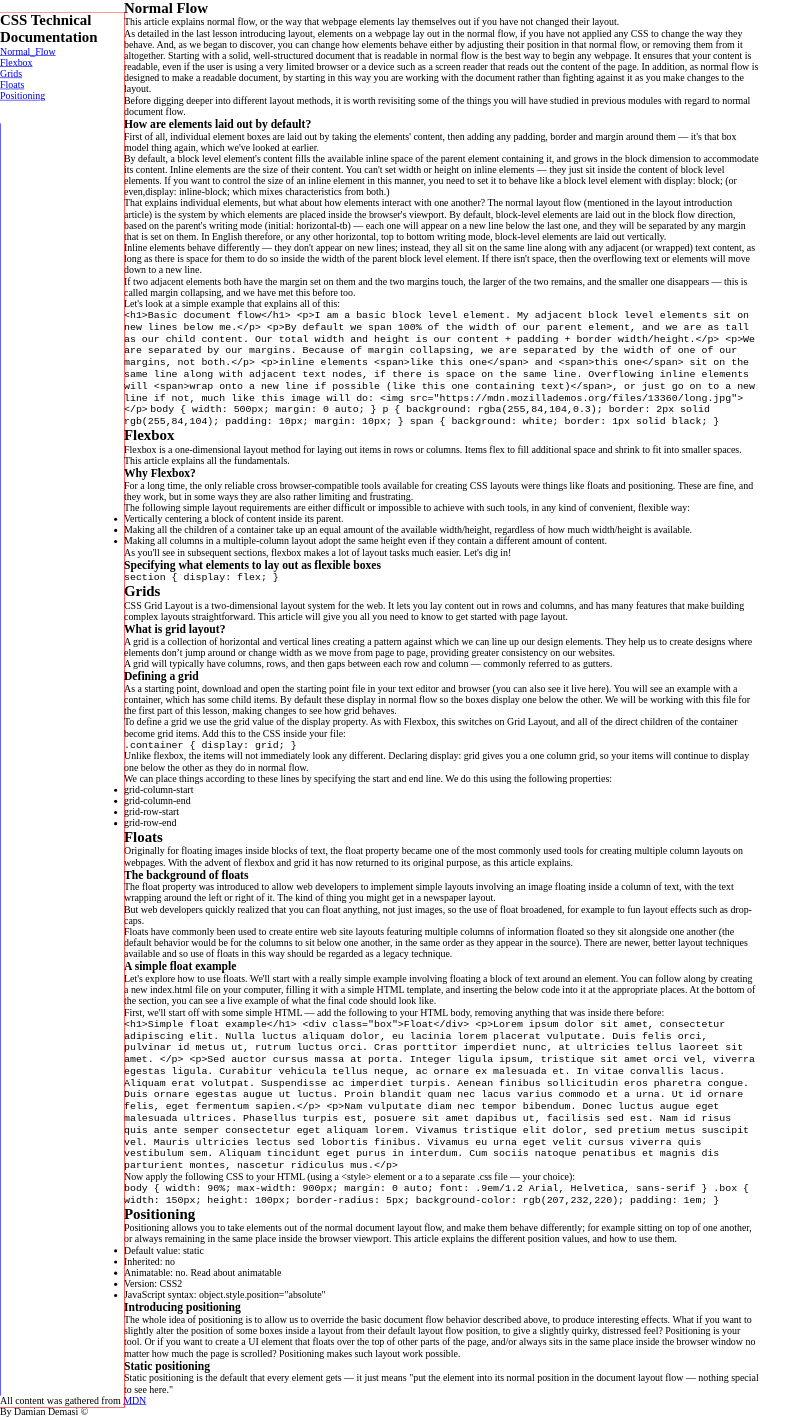
Repository: Colo-Codes/freecodecamp-04-Technical-Documentation-Page
Page: index.html
The author's editor kept a copy of each file at every save. The page is drawn from the files as they stood at one save, then again after the next save.
The browser window is 1280 px wide. The pictures show the whole page, at 62% of full size.

Above is the page before, as saved 2021-05-21 11:40:16.

### index.html
<!DOCTYPE html>
<html lang="en">

<head>
    <meta charset="UTF-8">
    <meta http-equiv="X-UA-Compatible" content="IE=edge">
    <meta name="viewport" content="width=device-width, initial-scale=1.0">
    <link rel="stylesheet" href="./resources/css/index.css" type="text/css">
    <title>Technical Documentation Page</title>
</head>

<body>
    <div id="navbar-margin"></div>
    <header id="navbar-block">
        <nav id="navbar">
            <!-- On the left of screen, fixed (visible) -->
            <header>
                <h1>CSS Technical Documentation</h1>
            </header>
            <ul>
                <li><a href="#Normal_Flow" class="nav-link">Normal_Flow</a></li>
                <li><a href="#Flexbox" class="nav-link">Flexbox</a></li>
                <li><a href="#Grids" class="nav-link">Grids</a></li>
                <li><a href="#Floats" class="nav-link">Floats</a></li>
                <li><a href="#Positioning" class="nav-link">Positioning</a></li>
            </ul>
        </nav>
    </header>
    <main id="main-doc">
        <section class="main-section" id="Normal_Flow">
            <header>
                <h2>Normal Flow</h2>
            </header>
            <p>This article explains normal flow, or the way that webpage elements lay themselves out if you have not
                changed their
                layout.</p>
            <p>As detailed in the last lesson introducing layout, elements on a webpage lay out in the normal flow, if
                you have not
                applied any CSS to change the way they behave. And, as we began to discover, you can change how elements
                behave
                either by adjusting their position in that normal flow, or removing them from it altogether. Starting
                with a solid,
                well-structured document that is readable in normal flow is the best way to begin any webpage. It
                ensures that your
                content is readable, even if the user is using a very limited browser or a device such as a screen
                reader that reads
                out the content of the page. In addition, as normal flow is designed to make a readable document, by
                starting in
                this way you are working with the document rather than fighting against it as you make changes to the
                layout.</p>
            <p>Before digging deeper into different layout methods, it is worth revisiting some of the things you will
                have studied
                in previous modules with regard to normal document flow.</p>
            <h3>How are elements laid out by default?</h3>
            <p>First of all, individual element boxes are laid out by taking the elements' content, then adding any
                padding, border
                and margin around them — it's that box model thing again, which we've looked at earlier.
            </p>
            <p>By default, a block level element's content fills the available inline space of the parent element
                containing it,
                and grows in the block dimension to accommodate its content. Inline elements are the size of their
                content. You
                can't set width or height on inline elements — they just sit inside the content of block level elements.
                If you want
                to control the size of an inline element in this manner, you need to set it to behave like a block level
                element
                with display: block; (or even,display: inline-block; which mixes characteristics from both.)
            </p>
            <p>That explains individual elements, but what about how elements interact with one another? The normal
                layout flow
                (mentioned in the layout introduction article) is the system by which elements are placed inside the
                browser's
                viewport. By default, block-level elements are laid out in the block flow direction, based on the
                parent's writing
                mode (initial: horizontal-tb) — each one will appear on a new line below the last one, and they will be
                separated by
                any margin that is set on them. In English therefore, or any other horizontal, top to bottom writing
                mode,
                block-level elements are laid out vertically.
            </p>
            <p>Inline elements behave differently — they don't appear on new lines; instead, they all sit on the same
                line along
                with any adjacent (or wrapped) text content, as long as there is space for them to do so inside the
                width of the
                parent block level element. If there isn't space, then the overflowing text or elements will move down
                to a new
                line.
            </p>
            <p>If two adjacent elements both have the margin set on them and the two margins touch, the larger of the
                two remains,
                and the smaller one disappears — this is called margin collapsing, and we have met this before too.</p>
            <p>Let's look at a simple example that explains all of this:</p>
            <code>&lt;h1&gt;Basic document flow&lt;/h1&gt;

                &lt;p&gt;I am a basic block level element. My adjacent block level elements sit on new lines below me.&lt;/p&gt;

                &lt;p&gt;By default we span 100% of the width of our parent element, and we are as tall as our child content. Our total width and height is our content + padding + border width/height.&lt;/p&gt;

                &lt;p&gt;We are separated by our margins. Because of margin collapsing, we are separated by the width of one of our margins, not both.&lt;/p&gt;

                &lt;p&gt;inline elements &lt;span&gt;like this one&lt;/span&gt; and &lt;span&gt;this one&lt;/span&gt; sit on the same line along with adjacent text nodes, if there is space on the same line. Overflowing inline elements will &lt;span&gt;wrap onto a new line if possible (like this one containing text)&lt;/span&gt;, or just go on to a new line if not, much like this image will do: &lt;img src="https://mdn.mozillademos.org/files/13360/long.jpg"&gt;&lt;/p&gt;</code>
            <code>body {
                width: 500px;
                margin: 0 auto;
              }

              p {
                background: rgba(255,84,104,0.3);
                border: 2px solid rgb(255,84,104);
                padding: 10px;
                margin: 10px;
              }

              span {
                background: white;
                border: 1px solid black;
              }</code>


        </section>

        <section class="main-section" id="Flexbox">
            <header>
                <h2>Flexbox</h2>
            </header>
            <p>Flexbox is a one-dimensional layout method for laying out items in rows or columns. Items flex to fill
                additional space and shrink to fit into smaller spaces. This article explains all the fundamentals.</p>
            <h3>Why Flexbox?</h3>
            <p>For a long time, the only reliable cross browser-compatible tools available for creating CSS layouts were
                things like floats and positioning. These are fine, and they work, but in some ways they are also rather
                limiting and frustrating.</p>
            <p>The following simple layout requirements are either difficult or impossible to achieve with such tools,
                in any kind of convenient, flexible way:</p>
            <ul>
                <li>Vertically centering a block of content inside its parent.</li>
                <li>Making all the children of a container take up an equal amount of the available width/height,
                    regardless of how much width/height is available.</li>
                <li>Making all columns in a multiple-column layout adopt the same height even if they contain a
                    different amount of content.</li>
            </ul>
            <p>As you'll see in subsequent sections, flexbox makes a lot of layout tasks much easier. Let's dig in!</p>
            <h3>Specifying what elements to lay out as flexible boxes</h3>
            <code>section {
                display: flex;
              }</code>


        </section>

        <section class="main-section" id="Grids">
            <header>
                <h2>Grids</h2>
            </header>
            <p>CSS Grid Layout is a two-dimensional layout system for the web. It lets you lay content out in rows and
                columns, and has many features that make building complex layouts straightforward. This article will
                give you all you need to know to get started with page layout.</p>
            <h3>What is grid layout?</h3>
            <p>A grid is a collection of horizontal and vertical lines creating a pattern against which we can line up
                our design elements. They help us to create designs where elements don’t jump around or change width as
                we move from page to page, providing greater consistency on our websites.</p>
            <p>A grid will typically have columns, rows, and then gaps between each row and column — commonly referred
                to as gutters.</p>
            <h3>Defining a grid</h3>
            <p>As a starting point, download and open the starting point file in your text editor and browser (you can
                also see it live here). You will see an example with a container, which has some child items. By default
                these display in normal flow so the boxes display one below the other. We will be working with this file
                for the first part of this lesson, making changes to see how grid behaves.</p>
            <p>To define a grid we use the grid value of the display property. As with Flexbox, this switches on Grid
                Layout, and all of the direct children of the container become grid items. Add this to the CSS inside
                your file:</p>
            <code>.container {
                display: grid;
            }</code>
            <p>Unlike flexbox, the items will not immediately look any different. Declaring display: grid gives you a
                one column grid, so your items will continue to display one below the other as they do in normal flow.
            </p>
            <p>We can place things according to these lines by specifying the start and end line. We do this using the
                following properties:</p>
            <ul>
                <li>grid-column-start</li>
                <li>grid-column-end</li>
                <li>grid-row-start</li>
                <li>grid-row-end</li>
            </ul>

        </section>

        <section class="main-section" id="Floats">
            <header>
                <h2>Floats</h2>
            </header>
            <p>Originally for floating images inside blocks of text, the float property became one of the most commonly
                used tools for creating multiple column layouts on webpages. With the advent of flexbox and grid it has
                now returned to its original purpose, as this article explains.</p>
            <h3>The background of floats</h3>
            <p>The float property was introduced to allow web developers to implement simple layouts involving an image
                floating inside a column of text, with the text wrapping around the left or right of it. The kind of
                thing you might get in a newspaper layout.</p>
            <p>But web developers quickly realized that you can float anything, not just images, so the use of float
                broadened, for example to fun layout effects such as drop-caps.</p>
            <p>Floats have commonly been used to create entire web site layouts featuring multiple columns of
                information floated so they sit alongside one another (the default behavior would be for the columns to
                sit below one another, in the same order as they appear in the source). There are newer, better layout
                techniques available and so use of floats in this way should be regarded as a legacy technique.</p>
            <h3>A simple float example</h3>
            <p>Let's explore how to use floats. We'll start with a really simple example involving floating a block of
                text around an element. You can follow along by creating a new index.html file on your computer, filling
                it with a simple HTML template, and inserting the below code into it at the appropriate places. At the
                bottom of the section, you can see a live example of what the final code should look like.</p>
            <p>First, we'll start off with some simple HTML — add the following to your HTML body, removing anything
                that was inside there before:</p>
            <code>&lt;h1&gt;Simple float example&lt;/h1&gt;

                &lt;div class="box"&gt;Float&lt;/div&gt;

                &lt;p&gt;Lorem ipsum dolor sit amet, consectetur adipiscing elit. Nulla luctus aliquam dolor, eu lacinia lorem placerat vulputate. Duis felis orci, pulvinar id metus ut, rutrum luctus orci. Cras porttitor imperdiet nunc, at ultricies tellus laoreet sit amet. &lt;/p&gt;

                &lt;p&gt;Sed auctor cursus massa at porta. Integer ligula ipsum, tristique sit amet orci vel, viverra egestas ligula. Curabitur vehicula tellus neque, ac ornare ex malesuada et. In vitae convallis lacus. Aliquam erat volutpat. Suspendisse ac imperdiet turpis. Aenean finibus sollicitudin eros pharetra congue. Duis ornare egestas augue ut luctus. Proin blandit quam nec lacus varius commodo et a urna. Ut id ornare felis, eget fermentum sapien.&lt;/p&gt;

                &lt;p&gt;Nam vulputate diam nec tempor bibendum. Donec luctus augue eget malesuada ultrices. Phasellus turpis est, posuere sit amet dapibus ut, facilisis sed est. Nam id risus quis ante semper consectetur eget aliquam lorem. Vivamus tristique elit dolor, sed pretium metus suscipit vel. Mauris ultricies lectus sed lobortis finibus. Vivamus eu urna eget velit cursus viverra quis vestibulum sem. Aliquam tincidunt eget purus in interdum. Cum sociis natoque penatibus et magnis dis parturient montes, nascetur ridiculus mus.&lt;/p&gt;
            </code>
            <p>Now apply the following CSS to your HTML (using a &lt;style&gt; element or a
                <link> to a separate .css file — your choice):
            </p>
            <code>
                body {
                    width: 90%;
                    max-width: 900px;
                    margin: 0 auto;
                    font: .9em/1.2 Arial, Helvetica, sans-serif
                  }

                  .box {
                    width: 150px;
                    height: 100px;
                    border-radius: 5px;
                    background-color: rgb(207,232,220);
                    padding: 1em;
                  }
                </code>

        </section>

        <section class="main-section" id="Positioning">
            <header>
                <h2>Positioning</h2>
            </header>
            <p>Positioning allows you to take elements out of the normal document layout flow, and make them behave
                differently; for example sitting on top of one another, or always remaining in the same place inside the
                browser viewport. This article explains the different position values, and how to use them.</p>
            <ul>
                <li>Default value: static</li>
                <li>Inherited: no</li>
                <li>Animatable: no. Read about animatable</li>
                <li>Version: CSS2</li>
                <li>JavaScript syntax: object.style.position="absolute"</li>
            </ul>
            <h3>Introducing positioning</h3>
            <p>The whole idea of positioning is to allow us to override the basic document flow behavior described
                above, to produce interesting effects. What if you want to slightly alter the position of some boxes
                inside a layout from their default layout flow position, to give a slightly quirky, distressed feel?
                Positioning is your tool. Or if you want to create a UI element that floats over the top of other parts
                of the page, and/or always sits in the same place inside the browser window no matter how much the page
                is scrolled? Positioning makes such layout work possible.</p>
            <h3>Static positioning</h3>
            <p>Static positioning is the default that every element gets — it just means "put the element into its
                normal position in the document layout flow — nothing special to see here."</p>
        </section>
    </main>
    <footer>
        <p>All content was gathered from <a href="https://developer.mozilla.org/en-US/docs/Learn/CSS/CSS_layout" target="_blank">MDN</a></p>
        By Damian Demasi &copy;
    </footer>
</body>

</html>

### resources/css/index.css
/* TODO - My Technical Documentation page should use at least one media query. */

/* Reset */
html {
    box-sizing: border-box;
    font-size: 16px;
}

*, *:before, *:after {
    box-sizing: inherit;
    margin: 0;
    padding: 0;
}

body {
    position: relative;
    display: flex;
    flex-flow: wrap;
}
#navbar-margin {
    margin-top: 200px;
    outline: 1px solid blue;

}
#navbar-block {
    position: sticky;
    top: 20px;
    outline: 1px solid red;
    width: 200px;
}

#Flexbox {
    position: sticky;
    top: 20px;

}

#Grids {
    position: sticky;
    top: 20px;
}

main {
    width: 80%;
}

After the next save:
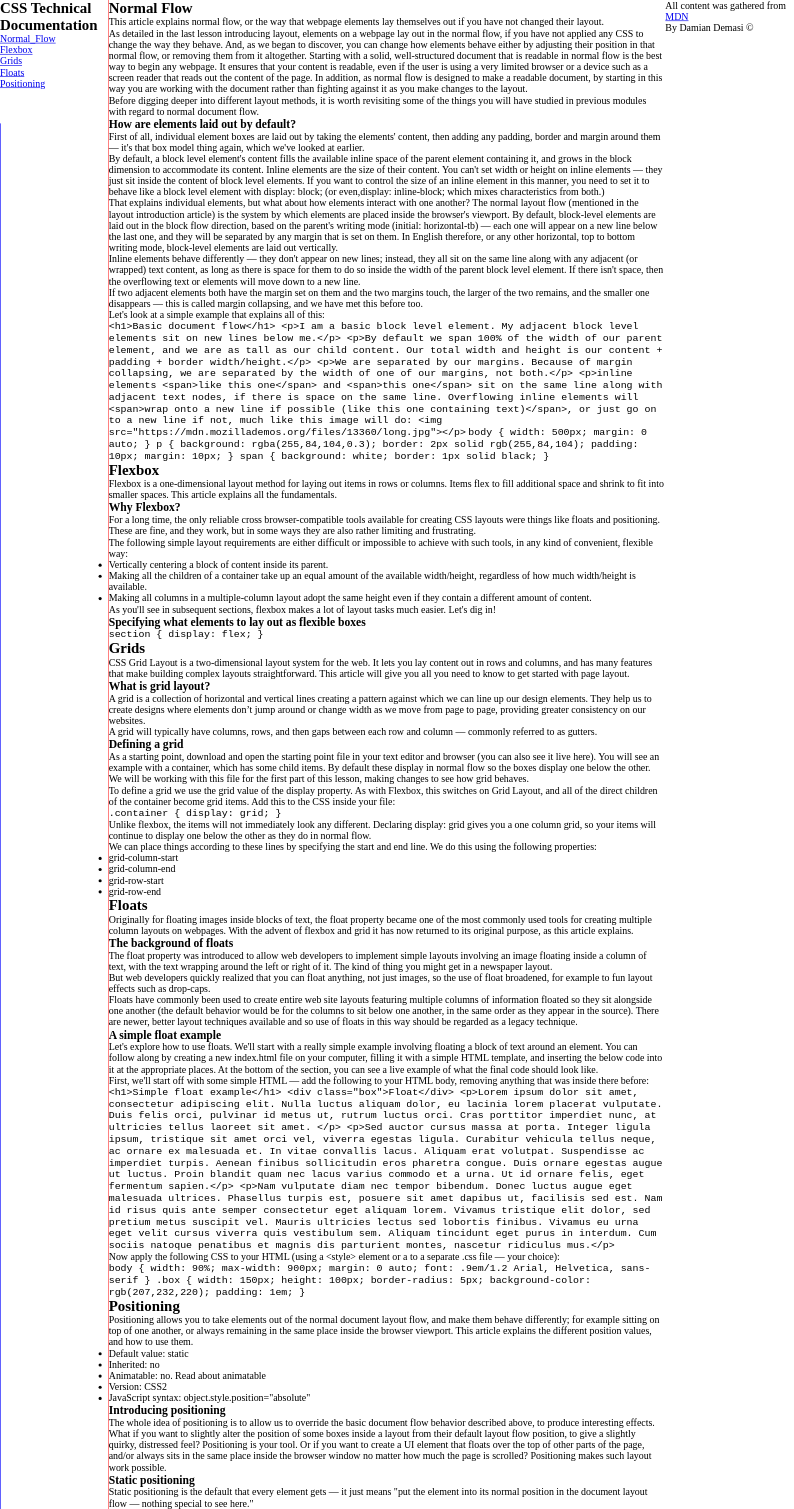
Saved 74 s later.
--- a/resources/css/index.css
+++ b/resources/css/index.css
@@ -15,7 +15,7 @@ html {
 body {
     position: relative;
     display: flex;
-    flex-flow: wrap;
+    /* flex-flow: wrap; */
 }
 #navbar-margin {
     margin-top: 200px;
